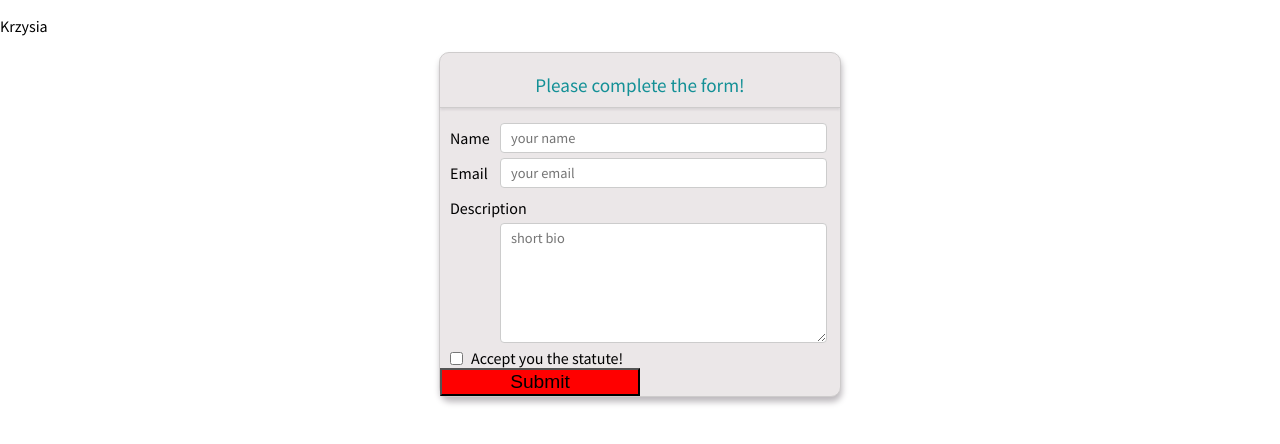
Repository: KrzysKolo/sr_tydzien4_zad2
Page: /
An editor plug-in stored every save of this project. The page is shown before and after the next save, followed by the edit.
The browser window is 1280 px wide. The pictures show the whole page.
The project was rebuilt for these pictures with package versions that can differ from the ones it lists, and the page was loaded fresh each time. Also part of the build but not shown: src/components/formComponents/ErrorMessage.js, src/components/formComponents/Message.js.

Above is the page before, as saved 2020-11-27 21:41:28.

After the next save:
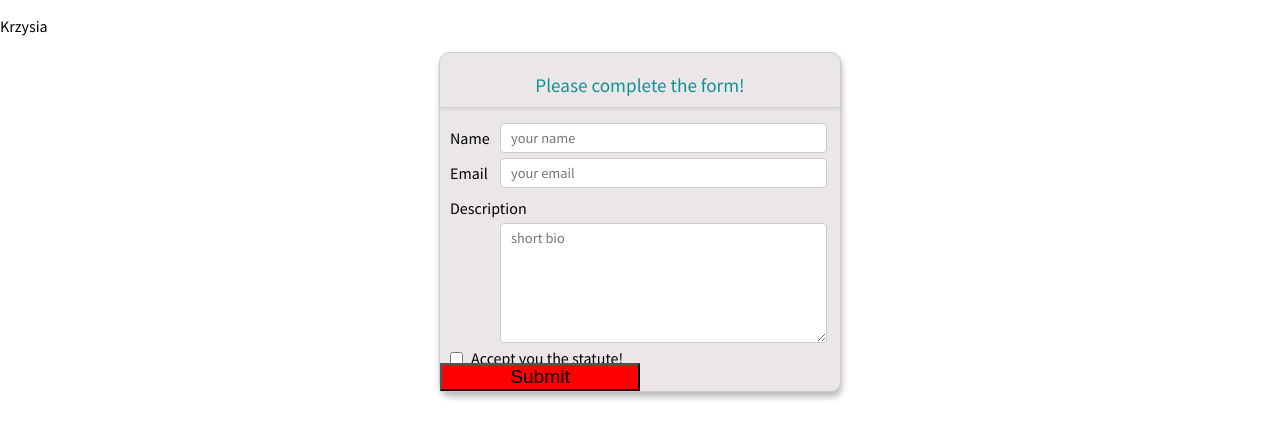
Saved 14 s later.
--- a/src/components/formComponents/Checkbox.js
+++ b/src/components/formComponents/Checkbox.js
@@ -6,7 +6,7 @@ const CheckboxDiv = styled.div`
     display: flex;
     flex-direction: row;
     align-items: center;
-    margin-bottom: -5px;
+    margin-bottom: -10px;
 
 `;
 const CheckboxLabel = styled.label`
